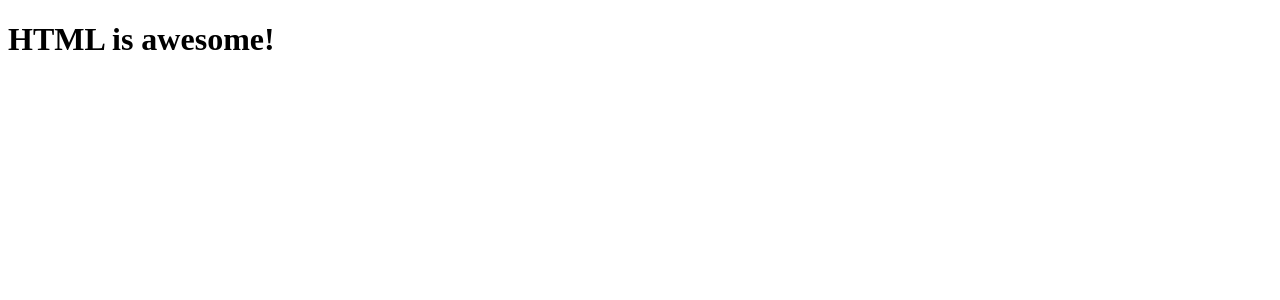
Repository: W0474997SteveArmstrong/udacity-frontenddeveloper-challenge
Page: index.html
These files come from the project's save history. The page is drawn as it stood at one moment and after the next save; the edit follows.
The browser window is 1280 px wide. The pictures show the whole page.

Above is the page before, as saved 2023-02-06 13:48:17.

### index.html
<!DOCTYPE html>
<html lang="en">
<head>
    <meta charset="UTF-8">
    <meta http-equiv="X-UA-Compatible" content="IE=edge">
    <meta name="viewport" content="width=device-width, initial-scale=1.0">
    <title>Document</title>
</head>
<body>
    <h1>HTML is awesome!</h1>
</body>
</html>

After the next save:
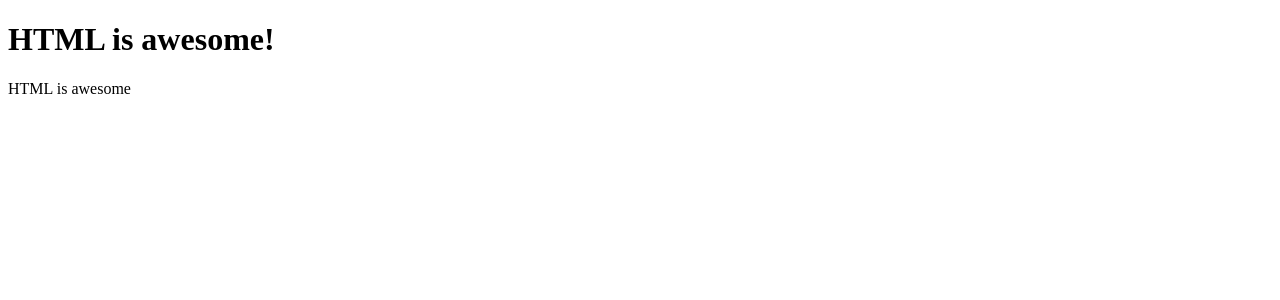
Saved 28 s later.
--- a/index.html
+++ b/index.html
@@ -8,5 +8,6 @@
 </head>
 <body>
     <h1>HTML is awesome!</h1>
+    <p>HTML is awesome</p>
 </body>
 </html>
